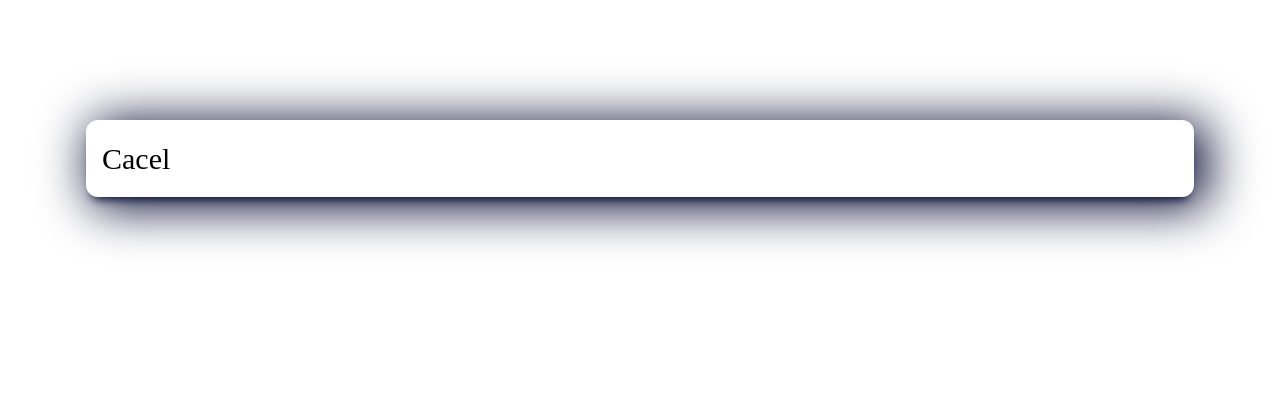
Repository: trantrang2101/CV
Page: index.html
An editor plug-in stored every save of this project. The page is shown before and after the next save, followed by the edit.
The browser window is 1280 px wide. The pictures show the whole page.
Some web fonts or font styles are not loaded; a fallback is used.

Above is the page before, as saved 2022-07-13 18:18:43.
Console error: TypeError: Cannot read properties of null (reading 'addEventListener')

After the next save:
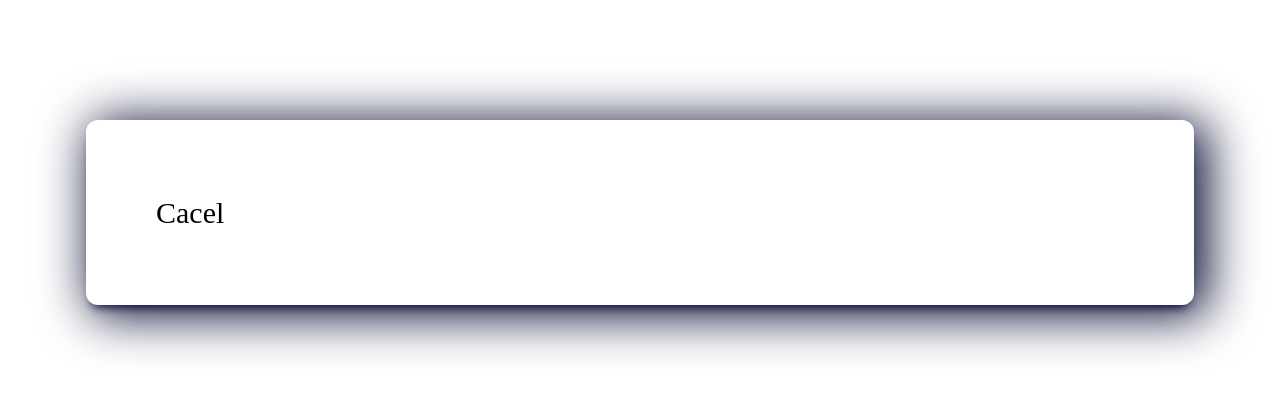
Saved 10 s later.
--- a/index.html
+++ b/index.html
@@ -25,7 +25,7 @@
             <div class="bg-white shadow-xl shadow-dark dark:shadow-xl dark:shadow-light wow fadeInUp rounded-xl"
                 data-wow-delay=".2s" style="visibility: visible; animation-delay: 0.2s">
                 <div
-                    class="flex -mx-4 items-center justify-between relative lg:max-w-[565px] xl:max-w-[640px] w-full py-4 px-4 sm:px-4 md:p-4 lg:py-5 lg:px-8 xl:p-[50px]">
+                    class="flex -mx-4 items-center justify-between relative lg:max-w-[565px] xl:max-w-[640px] w-full py-12 px-7 sm:px-12 md:p-16 lg:py-9 lg:px-16 xl:p-[70px]">
                     <div class="px-4 w-60 max-w-full">
                         <a href="index.html" class="navbar-logo w-full block py-5">
                             <h1 class="font-script">Cacel</h1>
